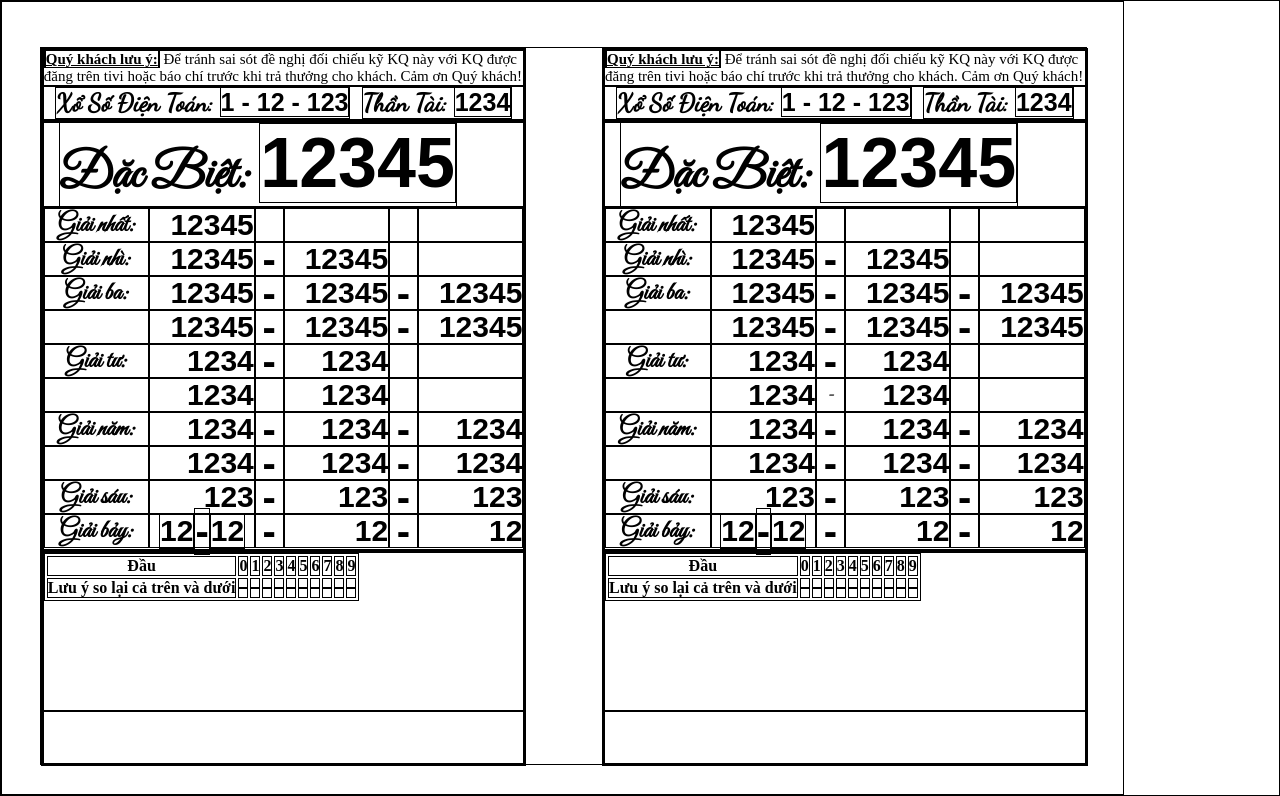
Repository: AnhDuc0125/xskt123
Page: index.html
An editor plug-in stored every save of this project. The page is shown before and after the next save, followed by the edit.
The browser window is 1280 px wide. The pictures show the whole page.
Some web fonts or font styles are not loaded; a fallback is used.

Above is the page before, as saved 2022-01-29 17:43:59.

### index.html
<!DOCTYPE html>
<html lang="en">
  <head>
    <meta charset="UTF-8" />
    <meta http-equiv="X-UA-Compatible" content="IE=edge" />
    <meta name="viewport" content="width=device-width, initial-scale=1.0" />
    <link rel="stylesheet" href="style.css" />
    <title>Document</title>
  </head>
  <body>
    <div class="boxed__container">
      <div class="boxed--1">
        <div class="header">
          <div class="header--1">
            <b><u>Quý khách lưu ý:</u></b> Để tránh sai sót đề nghị đối chiếu kỹ
            KQ này với KQ được đăng trên tivi hoặc báo chí trước khi trả thưởng
            cho khách. Cảm ơn Quý khách!
          </div>
          <div class="header--2">
            <div class="dienToan">
              Xổ Số Điện Toán:
              <span id="data__dienToan--1">1 - 12 - 123</span>
            </div>
            <div class="thanTai">
              Thần Tài: <span id="data__thanTai--1">1234</span>
            </div>
          </div>
        </div>

        <div class="body">
          <div class="body--1">
            <div class="dacBiet">
              Đặc Biệt:
              <span id="data__dacBiet">12345</span>
            </div>
          </div>
          <div class="body--2">
            <!-- row1 -->
            <div class="body__item body__name">Giải nhất:</div>
            <div class="body__item data__body">12345</div>
            <div class="body__item"></div>
            <div class="body__item"></div>
            <div class="body__item"></div>
            <div class="body__item"></div>
            <!-- row2 -->
            <div class="body__item body__name">Giải nhì:</div>
            <div class="body__item data__body">12345</div>
            <div class="body__item space">-</div>
            <div class="body__item data__body">12345</div>
            <div class="body__item"></div>
            <div class="body__item"></div>
            <!-- row3 -->
            <div class="body__item body__name">Giải ba:</div>
            <div class="body__item data__body">12345</div>
            <div class="body__item space">-</div>
            <div class="body__item data__body">12345</div>
            <div class="body__item space">-</div>
            <div class="body__item data__body">12345</div>
            <!-- row4 -->
            <div class="body__item"></div>
            <div class="body__item data__body">12345</div>
            <div class="body__item space">-</div>
            <div class="body__item data__body">12345</div>
            <div class="body__item space">-</div>
            <div class="body__item data__body">12345</div>
            <!-- row5 -->
            <div class="body__item body__name">Giải tư:</div>
            <div class="body__item data__body">1234</div>
            <div class="body__item space">-</div>
            <div class="body__item data__body">1234</div>
            <div class="body__item"></div>
            <div class="body__item"></div>
            <!-- row6 -->
            <div class="body__item"></div>
            <div class="body__item data__body">1234</div>
            <div class="body__item"></div>
            <div class="body__item data__body">1234</div>
            <div class="body__item"></div>
            <div class="body__item"></div>
            <!-- row7 -->
            <div class="body__item body__name">Giải năm:</div>
            <div class="body__item data__body">1234</div>
            <div class="body__item space">-</div>
            <div class="body__item data__body">1234</div>
            <div class="body__item space">-</div>
            <div class="body__item data__body">1234</div>
            <!-- row8 -->
            <div class="body__item"></div>
            <div class="body__item data__body">1234</div>
            <div class="body__item space">-</div>
            <div class="body__item data__body">1234</div>
            <div class="body__item space">-</div>
            <div class="body__item data__body">1234</div>
            <!-- row9 -->
            <div class="body__item body__name">Giải sáu:</div>
            <div class="body__item data__body">123</div>
            <div class="body__item space">-</div>
            <div class="body__item data__body">123</div>
            <div class="body__item space">-</div>
            <div class="body__item data__body">123</div>
            <!-- row10 -->
            <div class="body__item body__name">Giải bảy:</div>
            <div class="body__item">
              <span class="data__body">12</span>
              <span class="space">-</span>
              <span class="data__body">12</span>
            </div>
            <div class="body__item space">-</div>
            <div class="body__item data__body">12</div>
            <div class="body__item space">-</div>
            <div class="body__item data__body">12</div>
          </div>
        </div>

        <div class="footer">
          <div class="footer--1">
            <table>
              <tr>
                <th class="head-footer1 fontStyle">Đầu</th>
                <th>0</th>
                <th>1</th>
                <th>2</th>
                <th>3</th>
                <th>4</th>
                <th>5</th>
                <th>6</th>
                <th>7</th>
                <th>8</th>
                <th>9</th>
              </tr>
              <tr class="tr-class">
                <th class="head-footer">Lưu ý so lại cả trên và dưới</th>
                <th class="data-fill-table">
                  <ul id="col-0"></ul>
                </th>
                <th class="data-fill-table">
                  <ul id="col-1"></ul>
                </th>
                <th class="data-fill-table">
                  <ul id="col-2"></ul>
                </th>
                <th class="data-fill-table">
                  <ul id="col-3"></ul>
                </th>
                <th class="data-fill-table">
                  <ul id="col-4"></ul>
                </th>
                <th class="data-fill-table">
                  <ul id="col-5"></ul>
                </th>
                <th class="data-fill-table">
                  <ul id="col-6"></ul>
                </th>
                <th class="data-fill-table">
                  <ul id="col-7"></ul>
                </th>
                <th class="data-fill-table">
                  <ul id="col-8"></ul>
                </th>
                <th class="data-fill-table">
                  <ul id="col-9"></ul>
                </th>
              </tr>
            </table>
          </div>
          <div class="footer--2"></div>
        </div>
      </div>
      <div class="boxed--2">
        <div class="header">
          <div class="header--1">
            <b><u>Quý khách lưu ý:</u></b> Để tránh sai sót đề nghị đối chiếu kỹ
            KQ này với KQ được đăng trên tivi hoặc báo chí trước khi trả thưởng
            cho khách. Cảm ơn Quý khách!
          </div>
          <div class="header--2">
            <div class="dienToan">
              Xổ Số Điện Toán:
              <span id="data__dienToan--2">1 - 12 - 123</span>
            </div>
            <div class="thanTai">
              Thần Tài: <span id="data__thanTai--2">1234</span>
            </div>
          </div>
        </div>

        <div class="body">
          <div class="body--1">
            <div class="dacBiet">
              Đặc Biệt:
              <span id="data__dacBiet">12345</span>
            </div>
          </div>
          <div class="body--2">
            <!-- row1 -->
            <div class="body__item body__name">Giải nhất:</div>
            <div class="body__item data__body">12345</div>
            <div class="body__item"></div>
            <div class="body__item"></div>
            <div class="body__item"></div>
            <div class="body__item"></div>
            <!-- row2 -->
            <div class="body__item body__name">Giải nhì:</div>
            <div class="body__item data__body">12345</div>
            <div class="body__item space">-</div>
            <div class="body__item data__body">12345</div>
            <div class="body__item"></div>
            <div class="body__item"></div>
            <!-- row3 -->
            <div class="body__item body__name">Giải ba:</div>
            <div class="body__item data__body">12345</div>
            <div class="body__item space">-</div>
            <div class="body__item data__body">12345</div>
            <div class="body__item space">-</div>
            <div class="body__item data__body">12345</div>
            <!-- row4 -->
            <div class="body__item"></div>
            <div class="body__item data__body">12345</div>
            <div class="body__item space">-</div>
            <div class="body__item data__body">12345</div>
            <div class="body__item space">-</div>
            <div class="body__item data__body">12345</div>
            <!-- row5 -->
            <div class="body__item body__name">Giải tư:</div>
            <div class="body__item data__body">1234</div>
            <div class="body__item space">-</div>
            <div class="body__item data__body">1234</div>
            <div class="body__item"></div>
            <div class="body__item"></div>
            <!-- row6 -->
            <div class="body__item"></div>
            <div class="body__item data__body">1234</div>
            <div class="body__item">-</div>
            <div class="body__item data__body">1234</div>
            <div class="body__item"></div>
            <div class="body__item"></div>
            <!-- row7 -->
            <div class="body__item body__name">Giải năm:</div>
            <div class="body__item data__body">1234</div>
            <div class="body__item space">-</div>
            <div class="body__item data__body">1234</div>
            <div class="body__item space">-</div>
            <div class="body__item data__body">1234</div>
            <!-- row8 -->
            <div class="body__item"></div>
            <div class="body__item data__body">1234</div>
            <div class="body__item space">-</div>
            <div class="body__item data__body">1234</div>
            <div class="body__item space">-</div>
            <div class="body__item data__body">1234</div>
            <!-- row9 -->
            <div class="body__item body__name">Giải sáu:</div>
            <div class="body__item data__body">123</div>
            <div class="body__item space">-</div>
            <div class="body__item data__body">123</div>
            <div class="body__item space">-</div>
            <div class="body__item data__body">123</div>
            <!-- row10 -->
            <div class="body__item body__name">Giải bảy:</div>
            <div class="body__item">
              <span class="data__body">12</span>
              <span class="space">-</span>
              <span class="data__body">12</span>
            </div>
            <div class="body__item space">-</div>
            <div class="body__item data__body">12</div>
            <div class="body__item space">-</div>
            <div class="body__item data__body">12</div>
          </div>
        </div>

        <div class="footer">
          <div class="footer--1">
            <table>
              <tr>
                <th class="head-footer1 fontStyle">Đầu</th>
                <th>0</th>
                <th>1</th>
                <th>2</th>
                <th>3</th>
                <th>4</th>
                <th>5</th>
                <th>6</th>
                <th>7</th>
                <th>8</th>
                <th>9</th>
              </tr>
              <tr class="tr-class">
                <th class="head-footer">Lưu ý so lại cả trên và dưới</th>
                <th class="data-fill-table">
                  <ul id="col-0--1"></ul>
                </th>
                <th class="data-fill-table">
                  <ul id="col-1--1"></ul>
                </th>
                <th class="data-fill-table">
                  <ul id="col-2--1"></ul>
                </th>
                <th class="data-fill-table">
                  <ul id="col-3--1"></ul>
                </th>
                <th class="data-fill-table">
                  <ul id="col-4--1"></ul>
                </th>
                <th class="data-fill-table">
                  <ul id="col-5--1"></ul>
                </th>
                <th class="data-fill-table">
                  <ul id="col-6--1"></ul>
                </th>
                <th class="data-fill-table">
                  <ul id="col-7--1"></ul>
                </th>
                <th class="data-fill-table">
                  <ul id="col-8--1"></ul>
                </th>
                <th class="data-fill-table">
                  <ul id="col-9--1"></ul>
                </th>
              </tr>
            </table>
          </div>
          <div class="footer--2"></div>
        </div>
      </div>
    </div>
  </body>
</html>

### style.css
@import url("https://fonts.googleapis.com/css2?family=Great+Vibes&display=swap");
@import url("https://fonts.googleapis.com/css2?family=Dancing+Script&display=swap");
@import url("https://fonts.googleapis.com/css2?family=Andada+Pro:ital,wght@1,800&display=swap");

* {
  margin: 0;
  padding: 0;
  box-sizing: border-box;
  border: 1px solid black;
}

body {
  width: 29.7cm;
  height: 21cm;
}

.boxed__container {
  width: 27.7cm;
  height: 19cm;
  margin: 1.2cm 1cm 0.8cm;
  display: grid;
  grid-template-columns: 12.85cm 12.85cm;
  grid-template-rows: 19cm;
  column-gap: 2cm;
}

.boxed--1,
.boxed--2 {
  width: 12.85cm;
  height: 19cm;
}

/* header css*/
.header {
  width: 100%;
  height: 10%;
}

.header--1 {
  font-size: 15px;
}

.header--2 {
  font-family: "Dancing Script", cursive;
  font-weight: bold;
  font-size: 25px;
  display: flex;
  justify-content: space-evenly;
}

/* data css */
#data__dienToan--1,
#data__thanTai--1,
#data__dienToan--2,
#data__thanTai--2,
#data__dacBiet,
.data__body {
  font-family: arial;
}

#data__dacBiet {
  font-size: 70px;
}

.space {
  font-family: Arial, Helvetica, sans-serif;
  font-size: 40px;
}

.data__body {
  font-size: 30px;
}

/* body css*/
.body {
  width: 100%;
  height: 60%;
  font-family: "Great Vibes", cursive;
  font-weight: bold;
}

.body--1 {
  width: 100%;
  height: 20%;
  display: flex;
  align-items: center;
}

.body--1 .dacBiet {
  font-size: 50px;
  margin-left: 15px;
}

.body--2 {
  width: 100%;
  height: 80%;
  display: grid;
  grid-template-columns: 22% 22% 6% 22% 6% 22%;
  grid-template-rows: 10% 10% 10% 10% 10% 10% 10% 10% 10% 10%;
}

.body--2 .body__item {
  display: flex;
  justify-content: center;
  align-items: center;
}

.body--2 .body__item.body__name {
  font-size: 25px;
}

.body--2 .body__item.data__body {
  justify-content: right;
}

.footer {
  width: 100%;
  height: 30%;
}

.footer--1 {
  width: 100%;
  height: 75%;
}

.footer--2 {
  width: 100%;
  height: 25%;
}

After the next save:
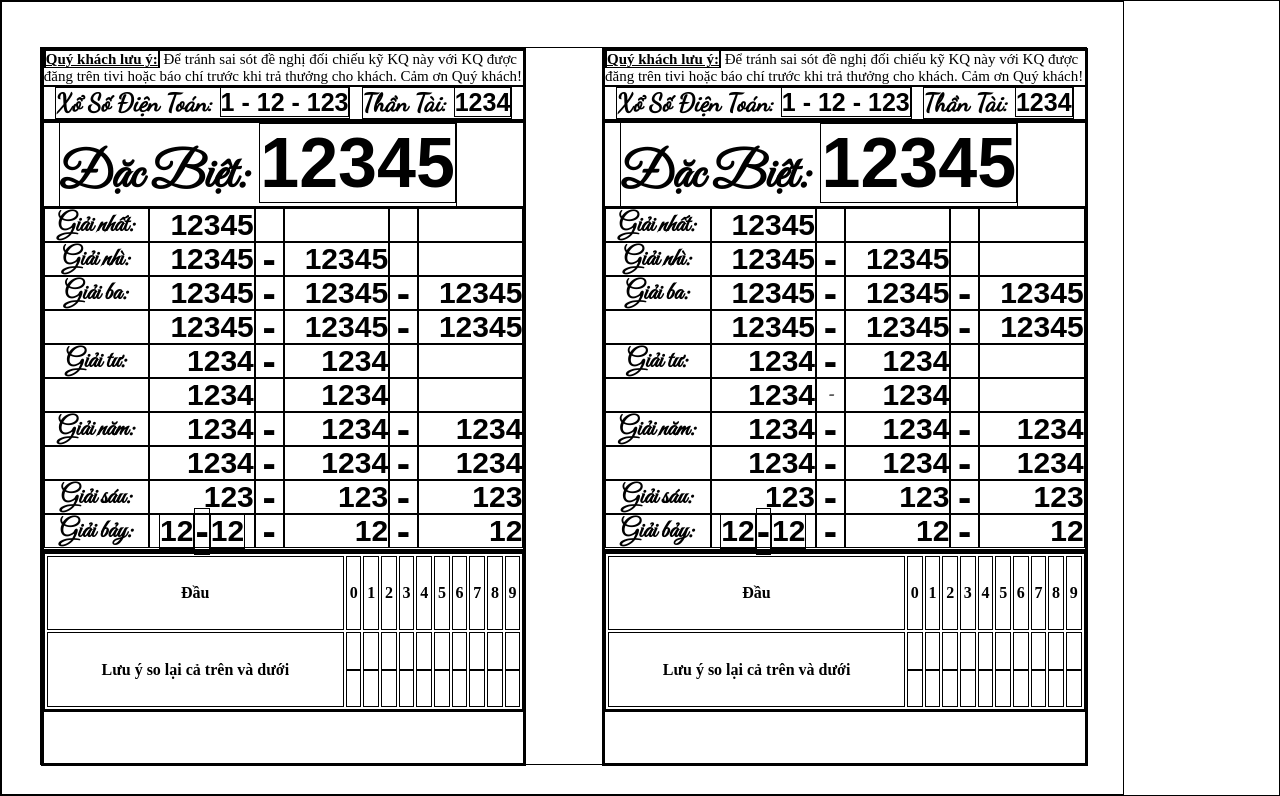
Saved 81 s later.
--- a/style.css
+++ b/style.css
@@ -123,6 +123,11 @@
   height: 75%;
 }
 
+.footer table {
+  width: 100%;
+  height: 100%;
+}
+
 .footer--2 {
   width: 100%;
   height: 25%;
